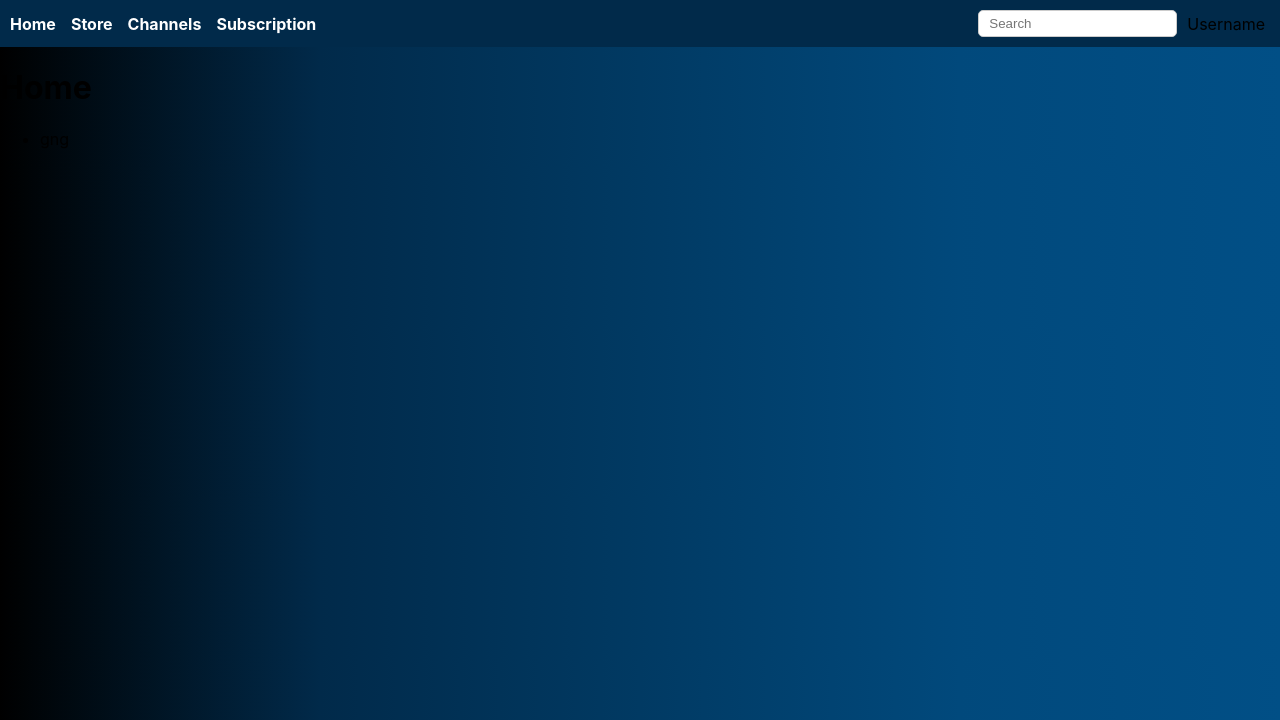
Repository: gordonnrat/group-2-project
Page: / (app in source-code/)
An editor plug-in stored every save of this project. The page is shown before and after the next save, followed by the edit.
The browser window is 1280 px wide. The pictures show the whole page.
The project was rebuilt for these pictures with package versions that can differ from the ones it lists, and the page was loaded fresh each time. Also part of the build but not shown: source-code/src/App.css, source-code/src/App.js, source-code/src/components/pages/Login.js.

Above is the page before, as saved 2023-07-20 16:07:19.

After the next save:
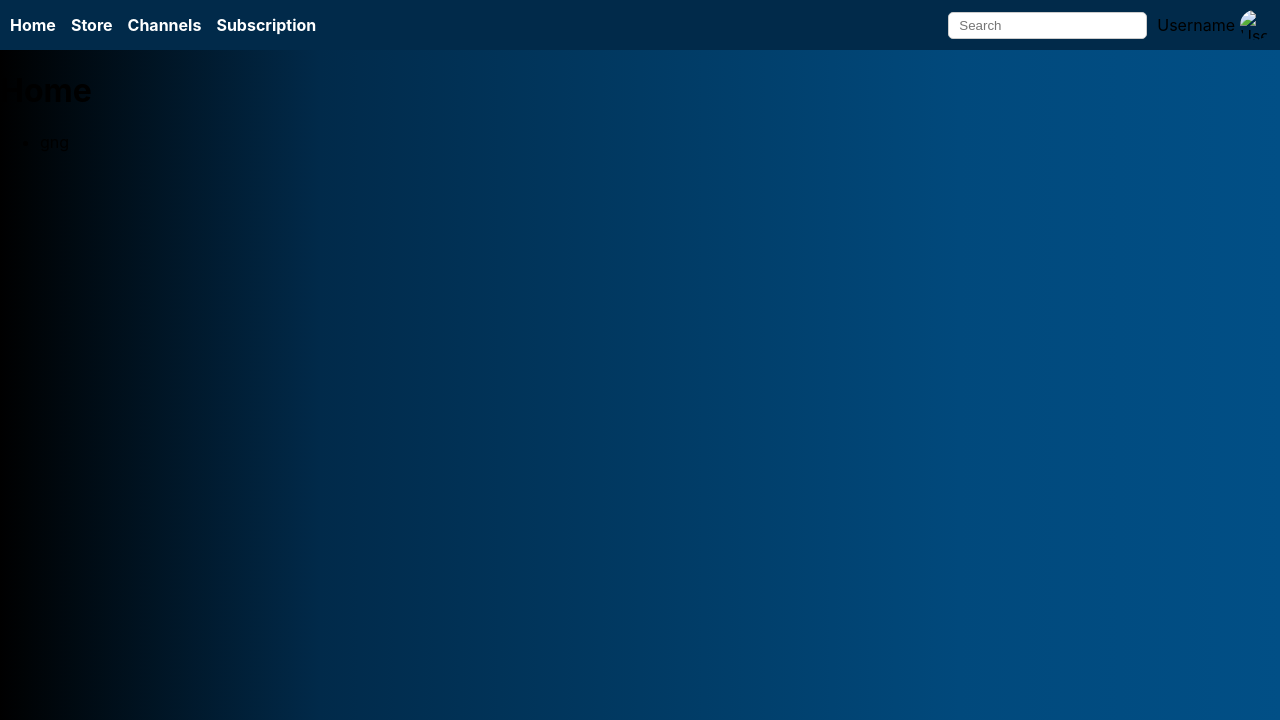
Not found: user_avatar.png
Saved 79 s later.
--- a/source-code/src/components/Navbar.js
+++ b/source-code/src/components/Navbar.js
@@ -31,6 +31,7 @@ function Navbar() {
         <div className="user-section">
           {/* Your user-related elements can go here */}
           <span>Username</span>
+          <img src="user_avatar.png" alt="User Avatar" />
         </div>
       </div>
     </nav>
